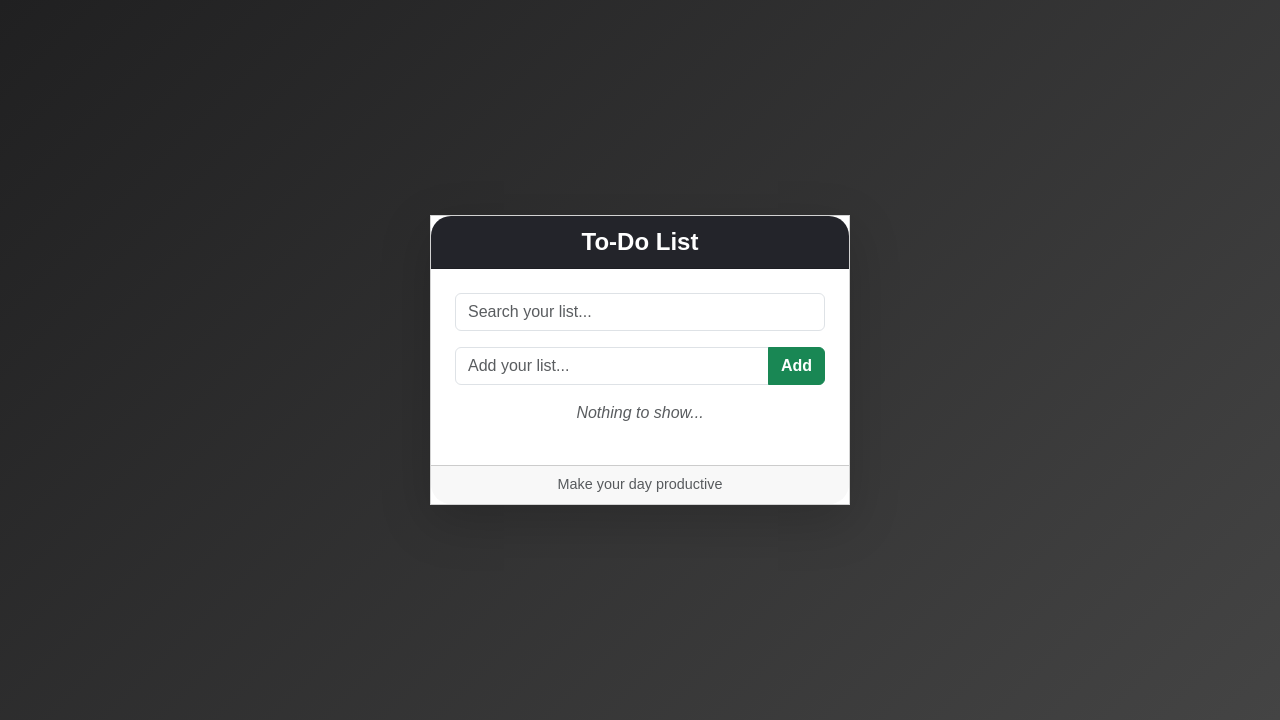
Repository: Dredphoenix/react-todo-app
Page: /
An editor plug-in stored every save of this project. The page is shown before and after a run of saves, followed by the edit.
The browser window is 1280 px wide. The pictures show the whole page.
The page's requests for data from a server got no answer. The project was rebuilt for these pictures with package versions that can differ from the ones it lists, and the page was loaded fresh each time. No one was signed in, and anything a server would have sent is missing. Also part of the build but not shown: vite.config.js.

Above is the page before, as saved 2025-10-01 14:46:41.

### src/App.jsx
import React from 'react';
import { BrowserRouter as Router, Routes, Route, Navigate } from 'react-router-dom';
import Home from './pages/Home';

function App() {


  return (
    <Home/>
  );
}

export default App;

### src/pages/Home.jsx
import React, { useState, useEffect } from "react";
import "bootstrap/dist/css/bootstrap.min.css";
import axios from "axios";

const Home = () => {
  const [items, setItems] = useState([]);
  const [input, setInput] = useState("");
  const [editIndex, setEditIndex] = useState(-1);
  const [search, setSearch] = useState("");

  // Fetch items from backend
  useEffect(() => {
    axios.get("http://localhost:5000/lists").then((response) => {
        if (response.data.success && Array.isArray(response.data.data)) {
          setItems(response.data.data);
        }
      }).catch((err) => console.log(err));
  }, []);

  // Add and Update item
  const handleAdd = () => {
    const trimmed = input.trim();
    if (!trimmed) {
      alert("Please enter a valid input");
      return;
    }

    if (editIndex === -1) {
      // Add new
      axios.post("http://localhost:5000/lists", { action: trimmed })
        .then((res) => {
          if (res.data && res.data.data) {
            setItems([...items, res.data.data]);
            setInput("");
          }
        })
        .catch((err) => console.log("Error adding item:", err));
    } else {
      // Update existing
      const itemToUpdate = items[editIndex];
      axios.put(`http://localhost:5000/lists/${itemToUpdate._id}`, { action: trimmed })
        .then((res) => {
          const updatedItems = [...items];
          updatedItems[editIndex] = res.data.data;
          setItems(updatedItems);
          setEditIndex(-1);
          setInput("");
        })
        .catch((err) => console.log("Error updating item:", err));
    }
  };

  // Delete item
  const handleDelete = (index) => {
    const id = items[index]._id;
    axios.delete(`http://localhost:5000/lists/${id}`)
      .then((res) => {
        const updated = items.filter((_, i) => i !== index);
        setItems(updated);
        console.log("Deleted:", res.data);
      })
      .catch((err) => console.log("Error deleting item:", err));
  };

  // Edit item
  const handleEdit = (index) => {
    const item = items[index];
    setInput(item.action || "");
    setEditIndex(index);
  };

  // Search filter
  const filteredItems = items.filter(
    (item) => item.action && item.action.toLowerCase().includes(search.toLowerCase())
  );

  // Add using Enter key
  const handleEnter = (e) => {
    if (e.key === "Enter") handleAdd();
  };

  return (
    <div
      className="min-vh-100 d-flex align-items-center justify-content-center"
      style={{
        background: "linear-gradient(135deg, #202021ff, #444444ff)",
        fontFamily: "Poppins, sans-serif",
      }}
    >
      <div className="card shadow-lg" style={{ width: "420px", borderRadius: "0px" }}>
        <div
          className="card-header text-center text-white fw-bold"
          style={{
            backgroundColor: "#23242a",
            borderTopLeftRadius: "20px",
            borderTopRightRadius: "20px",
            fontSize: "1.5rem",
          }}
        >
          To-Do List
        </div>

        <div className="card-body p-4">
          <div className="input-group mb-3">
            <input
              type="text"
              className="form-control"
              placeholder="Search your list..."
              value={search}
              onChange={(e) => setSearch(e.target.value)}
            />
          </div>

          <div className="input-group mb-3">
            <input
              type="text"
              className="form-control"
              placeholder={editIndex === -1 ? "Add your list..." : "Edit item..."}
              value={input}
              onChange={(e) => setInput(e.target.value)}
              onKeyDown={handleEnter}
            />
            <button
              className={`btn ${editIndex === -1 ? "btn-success" : "btn-primary"} fw-bold`}
              onClick={handleAdd}
            >
              {editIndex === -1 ? "Add" : "Update"}
            </button>
          </div>


          {filteredItems.length === 0 ? (
            <p className="text-center text-muted fst-italic">Nothing to show...</p>
          ) : (
            <ul className="list-group list-group-flush">
              {filteredItems.map((item, index) => (
                <li
                  key={item._id}
                  className="list-group-item d-flex justify-content-between align-items-center"
                  style={{
                    borderRadius: "10px",
                    background: "#FFF8E1",
                    marginBottom: "8px",
                  }}
                >
                  <span className="fw-semibold">{item.action}</span>
                  <div>
                    <button
                      className="btn btn-sm btn-outline-primary me-2"
                      onClick={() => handleEdit(index)}
                    >
                      Edit
                    </button>
                    <button
                      className="btn btn-sm btn-outline-danger"
                      onClick={() => handleDelete(index)}
                    >
                      Delete
                    </button>
                  </div>
                </li>
              ))}
            </ul>
          )}
        </div>

        <div
          className="card-footer text-center text-muted"
          style={{
            fontSize: "0.9rem",
            borderBottomLeftRadius: "20px",
            borderBottomRightRadius: "20px",
          }}
        >
          Make your day productive
        </div>
      </div>
    </div>
  );
};

export default Home;

Loaded but not shown: src/main.jsx (common file); src/index.css (no stored copy; drawn as an empty file)

After the next 2 saves:
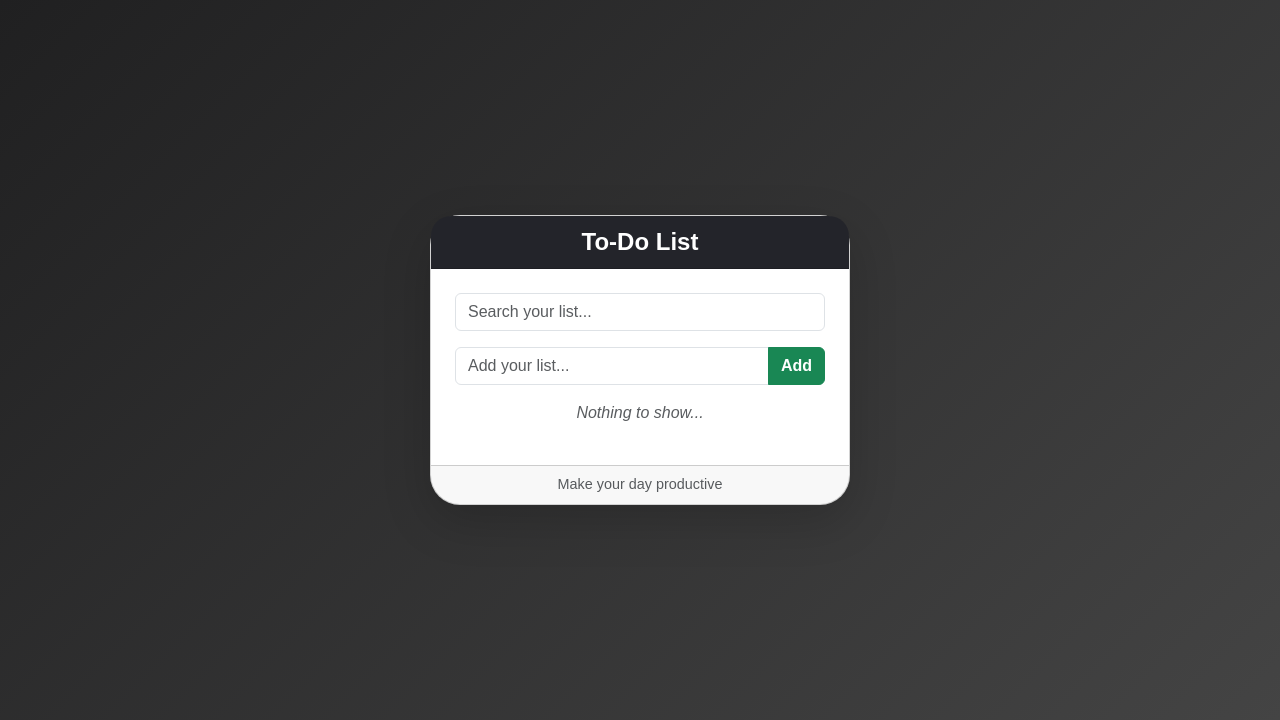
The 2 saves are shown as one change because they came seconds apart.
The last was saved 13 s later.
--- a/src/pages/Home.jsx
+++ b/src/pages/Home.jsx
@@ -87,7 +87,7 @@ const Home = () => {
         fontFamily: "Poppins, sans-serif",
       }}
     >
-      <div className="card shadow-lg" style={{ width: "420px", borderRadius: "0px" }}>
+      <div className="card shadow-lg" style={{ width: "420px", borderRadius: "30px" }}>
         <div
           className="card-header text-center text-white fw-bold"
           style={{
